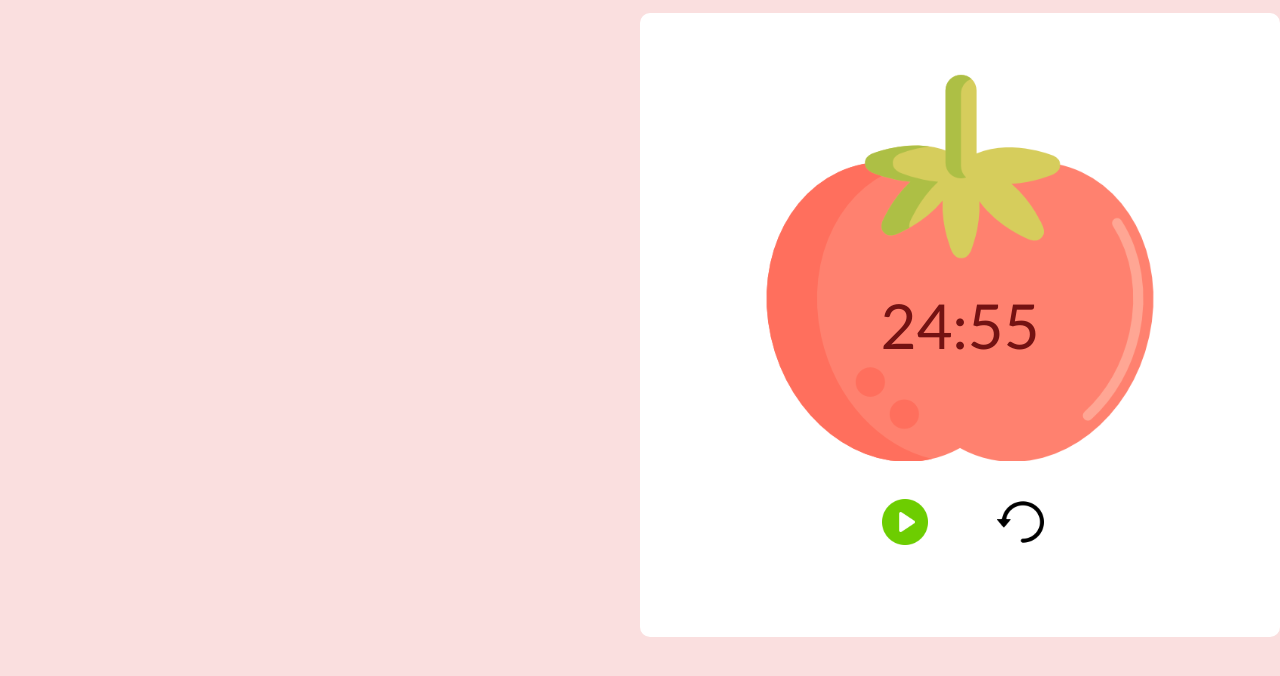
Repository: Dirlandia404/pomodoro
Page: /
These files come from the project's save history. The page is drawn as it stood at one moment and after the next save; the edit follows.
The browser window is 1280 px wide. The pictures show the whole page.
The project was rebuilt for these pictures with package versions that can differ from the ones it lists, and the page was loaded fresh each time.

Above is the page before, as saved 2021-11-26 08:14:39.

### public/index.html
<!DOCTYPE html>
<html lang="en">

<head>
  <meta charset="utf-8" />
  <link rel="icon" href="%PUBLIC_URL%/image 1.png" />
  <meta name="viewport" content="width=device-width, initial-scale=1" />
  <meta name="theme-color" content="#000000" />
  <meta name="description" content="Web site created using create-react-app" />
  <link rel="apple-touch-icon" href="%PUBLIC_URL%/logo192.png" />


  <link rel="preconnect" href="https://fonts.googleapis.com">
  <link rel="preconnect" href="https://fonts.gstatic.com" crossorigin>
  <link href="https://fonts.googleapis.com/css2?family=Lato&display=swap" rel="stylesheet">

  <link rel="manifest" href="%PUBLIC_URL%/manifest.json" />

  <title>Pomodoro Clock</title>
</head>

<body>
  <noscript>You need to enable JavaScript to run this app.</noscript>
  <div id="root"></div>

</body>

</html>

### src/index.jsx
import React from "react";
import ReactDOM from "react-dom";
import Clock from "./componentes/Primeiro";

function App() {
    return(
        <div className="App">
            <Clock />
        </div>
    );
}
ReactDOM.render(
    <App />,
    document.getElementById("root")
)

### src/componentes/Primeiro.jsx

import { useEffect, useState } from "react";
import "./componente.css";


function Clock(cronometro,display){
    const [minutes, setMinutes] = useState(25);
    const [seconds, setSeconds] = useState(0);


    const formatMinutes =  minutes < 10 ? "0" + minutes : minutes;
    const formatSeconds =  seconds < 10 ? "0" + seconds : seconds;

   useEffect(() =>{
       let interval = setInterval(() => {
        clearInterval(interval);
        if(seconds === 0){
            if(minutes !== 0){
                setSeconds(59);
                setMinutes(minutes - 1);
            } else{
                //let minutes = displayMessage ? 24 : 4;
                let seconds = 59;
                setSeconds(seconds);
                setMinutes(minutes);
            }
        }else{
            setSeconds(seconds - 1)
        }
     }, 1000);
   }, [seconds]);
   /*
    */


    return (
        <main>
            <form action="">
                <img src="/tomato.svg" alt="Tomate" />
                <p className="time">{formatMinutes}:{formatSeconds}</p>
                <div className="butoes">
                    <button className="play" >
                        <img src="./botao-play.png" alt="" />
                    </button>

                    <button className="reset" >
                        <img src="./seta-circular.png" alt="" />
                    </button>
                </div>
            </form>
        </main>
    );
}

export default Clock

### src/componentes/componente.css
*{
    margin: 0;
    border: 0;
    padding: 0;
}
body{
    background-color: rgba(233, 93, 93, 0.192);

    display: flex;

    text-align: center;
    align-items: center;
    justify-content: center;
}
main {
    background-color: white;
    min-width: 375px;
    max-width: 50%;


    justify-content: center;

    padding: 2rem;
    border-radius: 10px;

    margin-top: 1%;
    margin-bottom: 1%;
    position: fixed;
}

form{
    display: flex;
    flex-direction: column;
    margin-top: 5%;
    margin-bottom: 5%;

}

img{
    width: 80%;
    margin-left: 10%;
}
p.time {

    margin-top: -40%;
    padding: 10%;
    font-size: 62px;
    font-family:  'Lato', sans-serif;
    color: rgb(116, 18, 18);
}
div.butoes{
    align-items: center;
}
button{
    background: none;
    margin-top: 50px;
    padding: 5%;
    width: 20%;
}

After the next save:
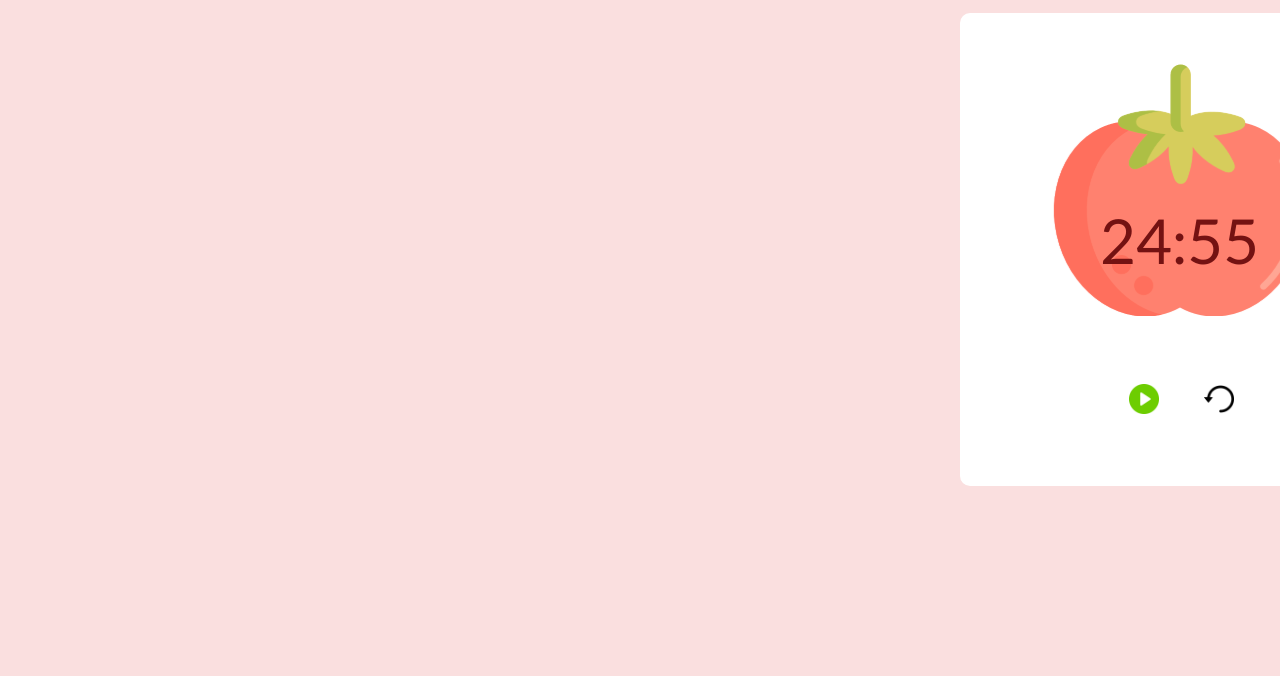
Saved 12 s later.
--- a/src/componentes/componente.css
+++ b/src/componentes/componente.css
@@ -17,6 +17,8 @@ main {
     min-width: 375px;
     max-width: 50%;
 
+    margin-left: 25vw;
+    margin-right: 25vw;
 
     justify-content: center;
 
